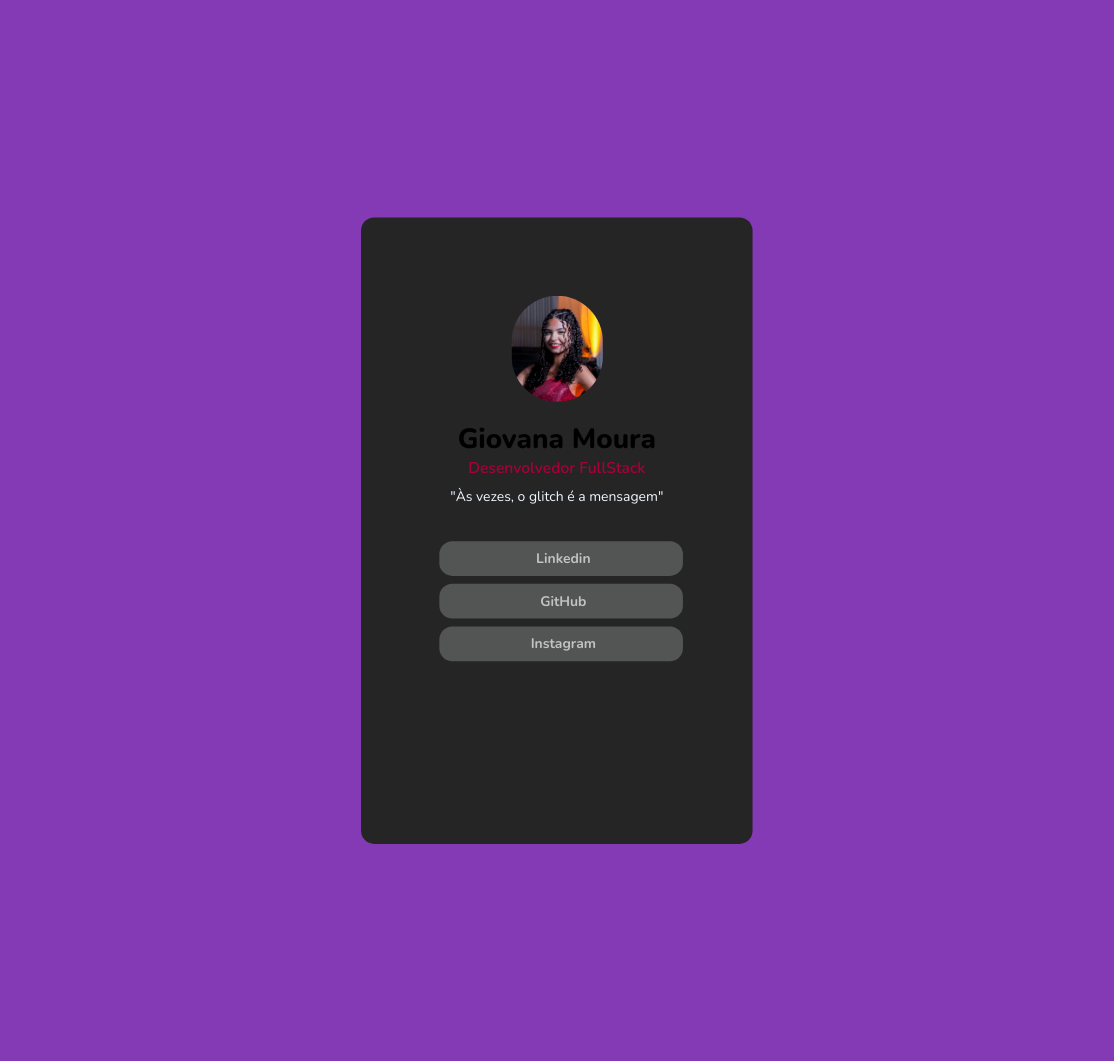
Repository: gimoli/linktree-giovana
Page: index.html
The author's editor kept a copy of each file at every save. The page is drawn from the files as they stood at one save, then again after the next save.
The browser window is 1280 px wide. The pictures show the whole page, at 87% of full size.
Some icons come from a web library that is not loaded, so they are not drawn.

Above is the page before, as saved 2025-04-14 19:19:40.

### index.html
<!DOCTYPE html>
<html lang="en">
<head>
    <meta charset="UTF-8">
    <meta name="viewport" content="width=device-width, initial-scale=1.0">
    <title>linktree Giovana</title>
    <link rel="stylesheet" href="./css/style.css">
    <link rel="preconnect" href="https://fonts.googleapis.com">
<link rel="preconnect" href="https://fonts.gstatic.com" crossorigin>
<link href="https://fonts.googleapis.com/css2?family=Nunito:ital,wght@0,200..1000;1,200..1000&display=swap" rel="stylesheet">
<link rel="stylesheet" type='text/css' href="https://fontawesome.com/icons/instagram?f=classic&s=brands" />

</head>
<body>
    <div class="container-main">
        <div class="container-imagem">
            <img src="./image-profile.jfif" alt="foto perfil"/>
        </div>
        <div class="container-infos">
            <h1>Giovana Moura</h1>
            <h3>Desenvolvedor FullStack</h3>
        </div>
        <div class="container-easter-egg">
            <p>"Às vezes, o glitch é a mensagem"</p>
        </div>
        <div class="container-social">
            <ul>
                <a href="https://www.linkedin.com/in/giovana-moura-3543032bb/" target="_blank" class="botao-linktree-1">
                     <li>

                        <i class="fa-brands fa-linkedin"></i>

                         <p>Linkedin</p>
                    </li>
                </a>

                <a href="https://github.com/gimoli" target="_blank" class="botao-linktree-2">
                     <li>
                        <i class="fa-brands fa-github"></i>
                        <p>GitHub</p>
                    </li>
                </a>
                <a href="https://www.instagram.com/gimoli_n?igsh=cTNvNDJ0M3owb3Vs&utm_source=qr" target="_blank" class="botao-linktree-3">
                     <li>
                        <i class="fa-brands fa-instagram"></i>
                        <p>Instagram</p>
                    </li>
                </a>
            </ul>
        </div>
    </div>
</body>
</html>

### CSS/style.css
@import url("./effects.css");

*{
    font-family: "Nunito", sans-serif;
    margin: 0;
    padding: 0;
}

body {
    background-color: #833AB4;
    background:linear-gradient(55deg,#a80038 #833AB4 rgb(27, 27, 27));
    animation: gradientShift 10s ease infinite;
    background-size: 400%;
}


.container-main {
    background-color: rgb(37, 37, 37);
    width: 450px;
    height: 720px;
    box-sizing: border-box;
    margin: 250px auto;
    padding: 90px;
    border-radius: 15px;
    text-align: center;
}

.container-imagem img{
    width: 105px;
    border-radius: 100px;
}

.container-infos {
    margin-top: 15px;
    margin-bottom: 10px;
}

.container-infos h1 {
    font-weight: 800;
}

.container-infos h3{
    color: #a80038;
    font-weight: 600;
    font-size: 18px;
}

.container-easter-egg {
    margin-bottom: 15px;
    color: aliceblue;
}

.container-social ul{
    list-style-type: none;
}

.container-social a{
    text-decoration: none;
    color: rgb(194, 194, 194);
}

.container-social{
  margin-top: 40px;
}

.container-social li {
  display: flex;
  justify-content: center;
  gap: 5px;
  align-items: center;
  width: 280px;
  height: 40px;
  background-color: rgb(83, 85, 85);
  margin: 9px 0;
  border-radius: 15px;
  font-weight: 700;
  transition-duration: 0.6s;

  &:hover{
    background-color: #a80038;
    transform: scale(1.1);
  }
}

### CSS/effects.css
@keyframes gradient {
    0% {background-position: 0% 50%;}
    50% {background-position: 100% 50%;}
    100% {background-position: 0% 50%;}
}

After the next save:
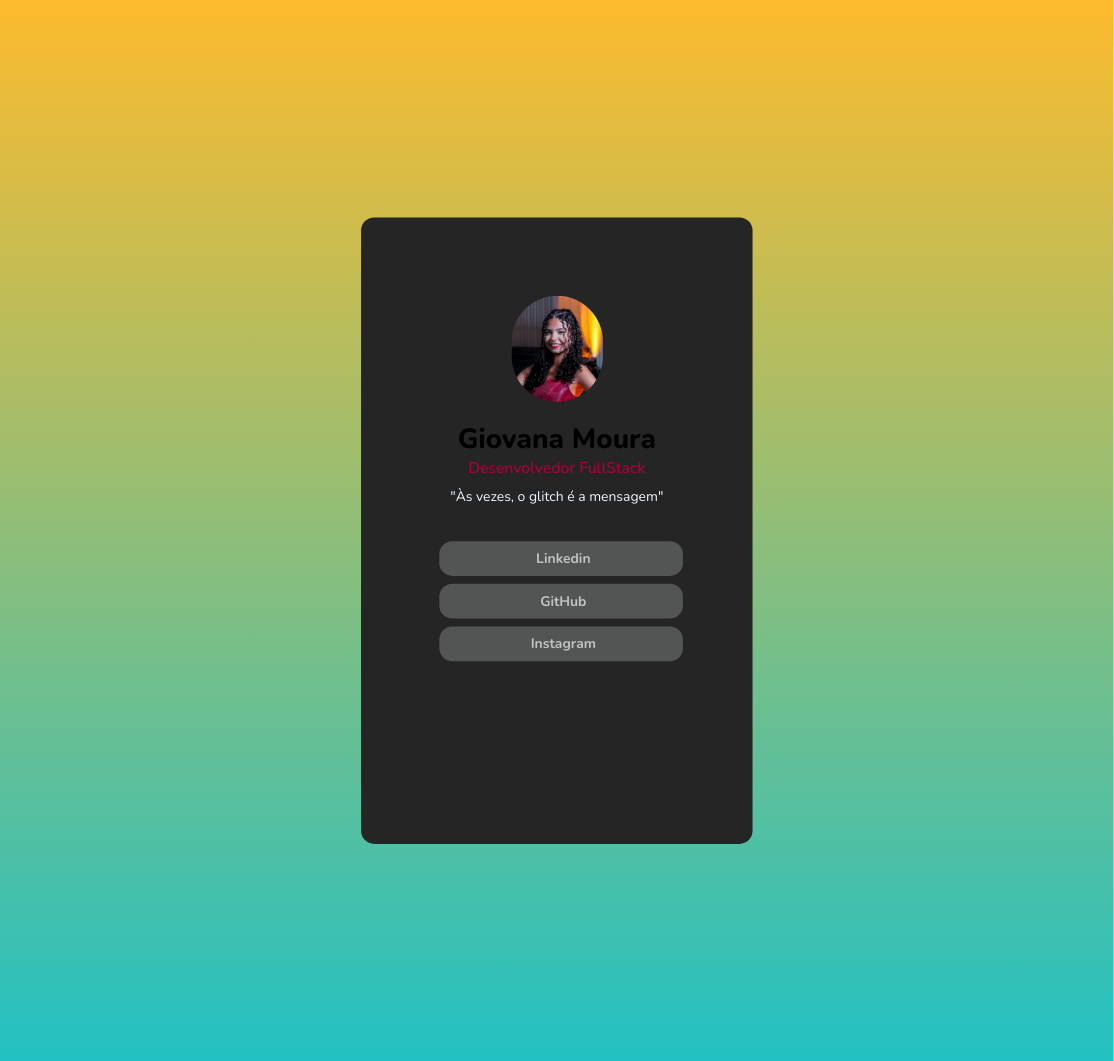
Saved 20 s later.
--- a/CSS/style.css
+++ b/CSS/style.css
@@ -8,7 +8,7 @@
 
 body {
     background-color: #833AB4;
-    background:linear-gradient(55deg,#a80038 #833AB4 rgb(27, 27, 27));
+    background: linear-gradient(0deg, rgba(34, 193, 195, 1) 0%, rgba(253, 187, 45, 1) 100%);
     animation: gradientShift 10s ease infinite;
     background-size: 400%;
 }

After the save that followed:
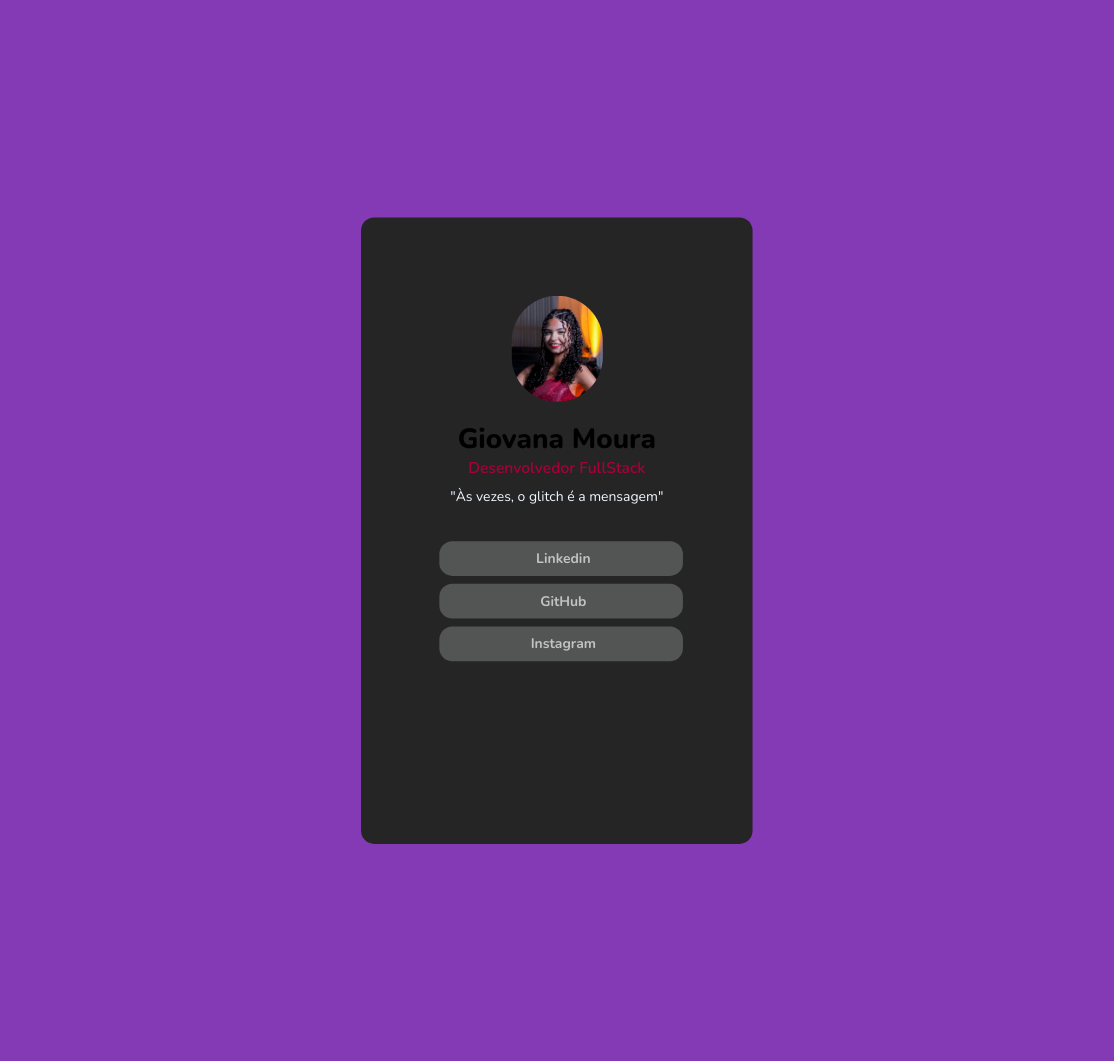
Saved 19 s later.
--- a/CSS/style.css
+++ b/CSS/style.css
@@ -8,7 +8,7 @@
 
 body {
     background-color: #833AB4;
-    background: linear-gradient(0deg, rgba(34, 193, 195, 1) 0%, rgba(253, 187, 45, 1) 100%);
+    background:linear-gradient(55deg,#a80038 #833AB4 rgb(27, 27, 27));
     animation: gradientShift 10s ease infinite;
     background-size: 400%;
 }
